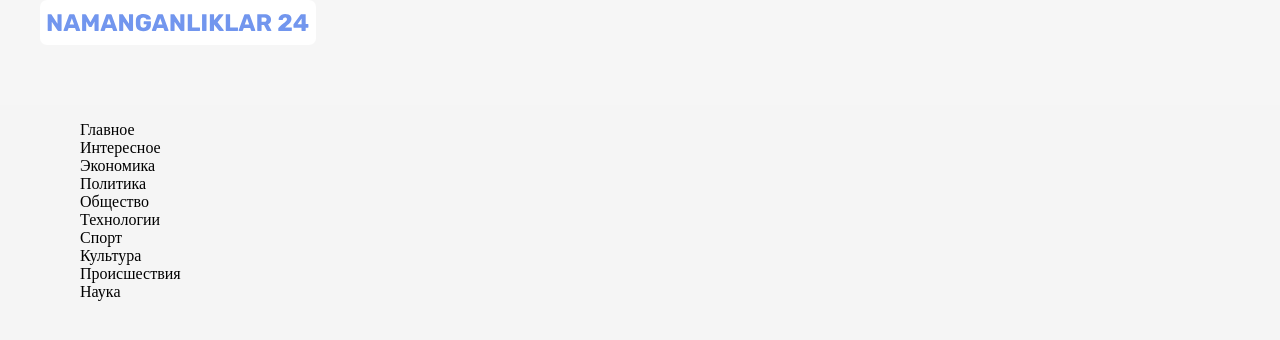
Repository: UlugbekAbdurasulov/projekt
Page: index.html
An editor plug-in stored every save of this project. The page is shown before and after a run of saves, followed by the edit.
The browser window is 1280 px wide. The pictures show the whole page.

Above is the page before, as saved 2023-05-29 16:05:20.

### index.html
<!DOCTYPE html>
<html lang="ru">
  <head>
    <meta charset="UTF-8" />
    <meta http-equiv="X-UA-Compatible" content="IE=edge" />
    <meta name="viewport" content="width=device-width, initial-scale=1.0" />
    <title>Document</title>
  </head>
  <link rel="stylesheet" href="./css/main.css" />
  <body>
    <header class="navbar">
      <div class="container">
        <div>
          <img src="./images/logo.svg" alt="" />
          <ul>
            <li></li>
          </ul>
        </div>
      </div>
    </header>

    <div class="container">
      <ul class="menu">
        <li>Главное</li>
        <li>Интересное</li>
        <li>Экономика</li>
        <li>Политика</li>
        <li>Общество</li>
        <li>Технологии</li>
        <li>Спорт</li>
        <li>Культура</li>
        <li>Происшествия</li>
        <li>Наука</li>
      </ul>
    </div>
  </body>
</html>

### css/main.css
* {
    box-sizing: border-box;
    text-decoration: none;
    list-style: none;
  }

body {
    margin: 0;
    padding: 0;
    background-color: #f5f5f5;
  }
  .container {
    width: 1240px;
    margin: 0px auto;
    padding: 0px 20px;
  }
.navbar{
background-color:#F6F6F6;
height: 105px;
}

After the next 4 saves:
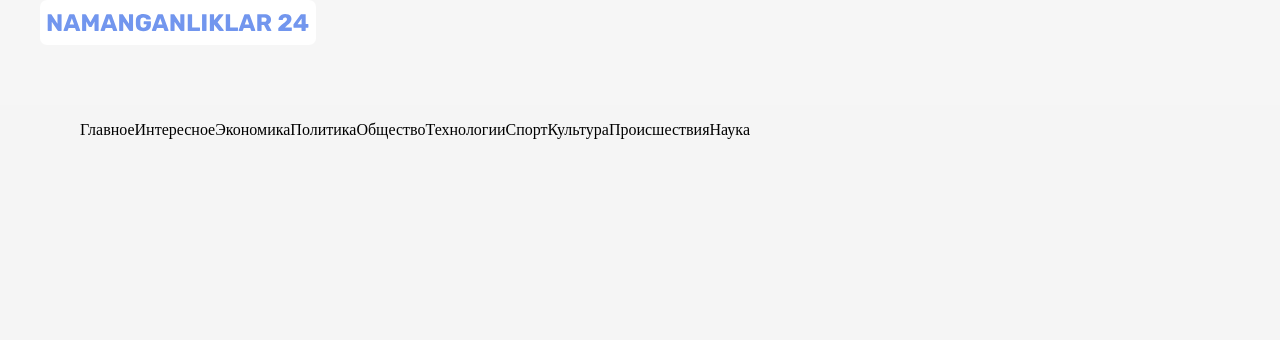
The 4 saves are shown as one change because they came seconds apart.
The last was saved 14 s later.
--- a/css/main.css
+++ b/css/main.css
@@ -18,3 +18,6 @@ body {
 background-color:#F6F6F6;
 height: 105px;
 }
+.menu{
+    display: flex;
+}
